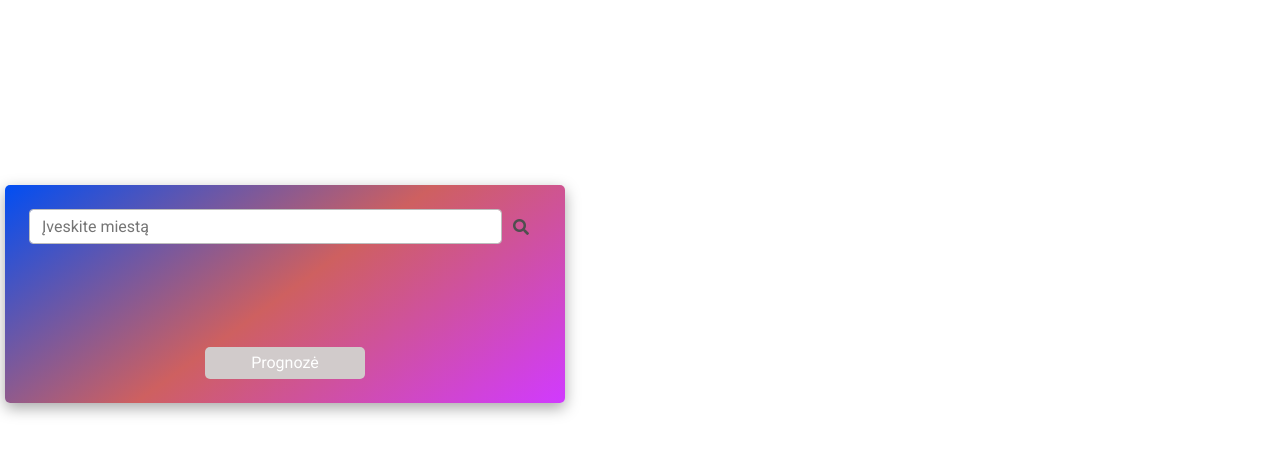
Repository: daxazz1/Weather-app
Page: index.html
These files come from the project's save history. The page is drawn as it stood at one moment and after the next save; the edit follows.
The browser window is 1280 px wide. The pictures show the whole page.
Some web fonts or font styles are not loaded; a fallback is used. Some web libraries are served in a nearby version.

Above is the page before, as saved 2021-11-08 12:30:55.

After the next save:
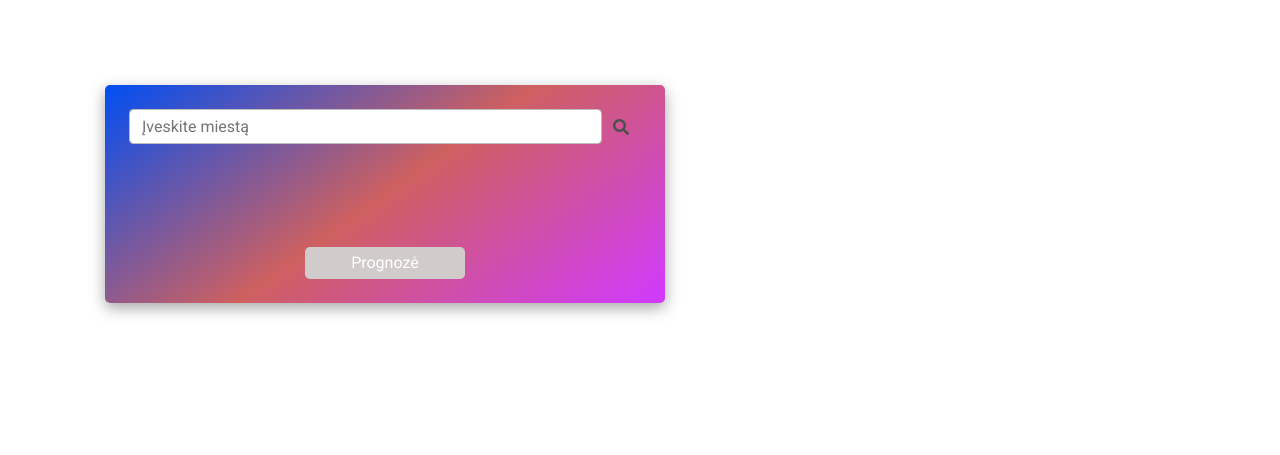
Saved 9 s later.
--- a/style.css
+++ b/style.css
@@ -3,7 +3,7 @@
   height: auto;
   display: block;
   padding-top: 5rem;
-  margin: 100px auto;
+  margin: 0 100px;
 }
 #wrapper1,
 #wrapper2 {
